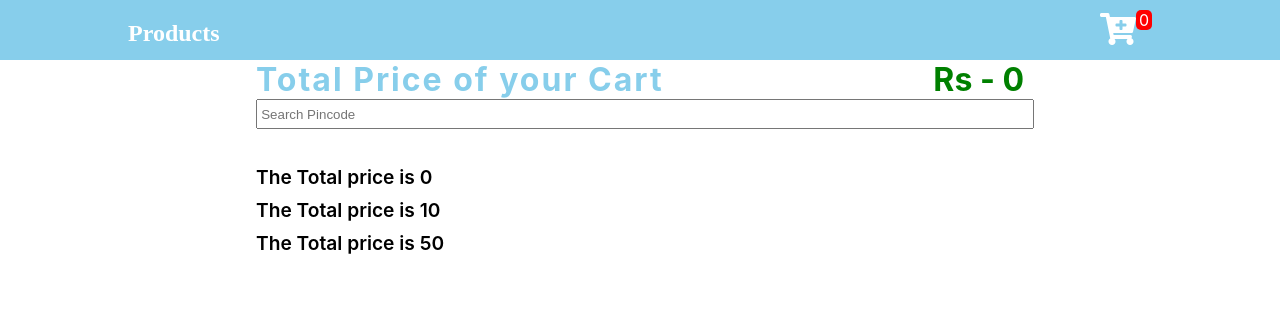
Repository: Imprasna/react-ecommerce
Page: /, after clicking the first element matching `div.cart`
An editor plug-in stored every save of this project. The page is shown before and after the next save, followed by the edit.
The browser window is 1280 px wide. The pictures show the whole page.
Some web libraries are served in a nearby version. The project was rebuilt for these pictures with package versions that can differ from the ones it lists, and the page was loaded fresh each time.

Above is the page before, as saved 2022-06-14 21:26:37.

After the next save:
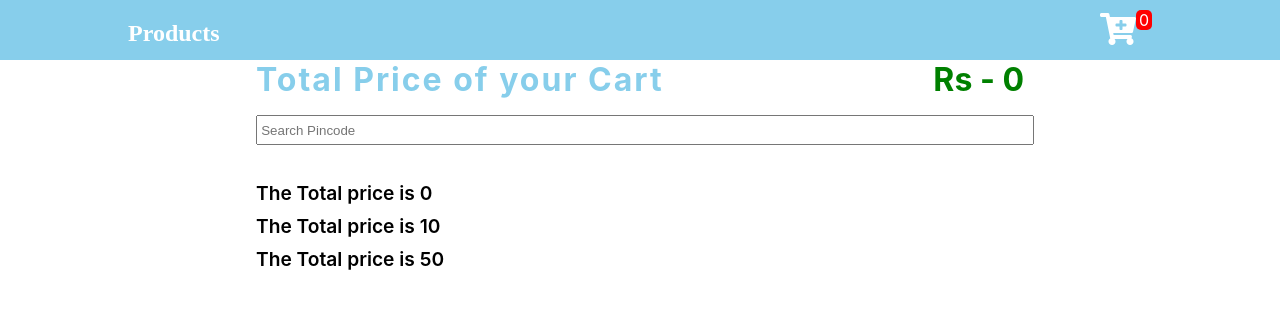
Saved 10 s later.
--- a/src/components/css/cart.css
+++ b/src/components/css/cart.css
@@ -89,4 +89,5 @@
     height: 20px;
     width: 100%;
     margin-bottom: 2rem;
+    margin-top: 1rem;
   }
